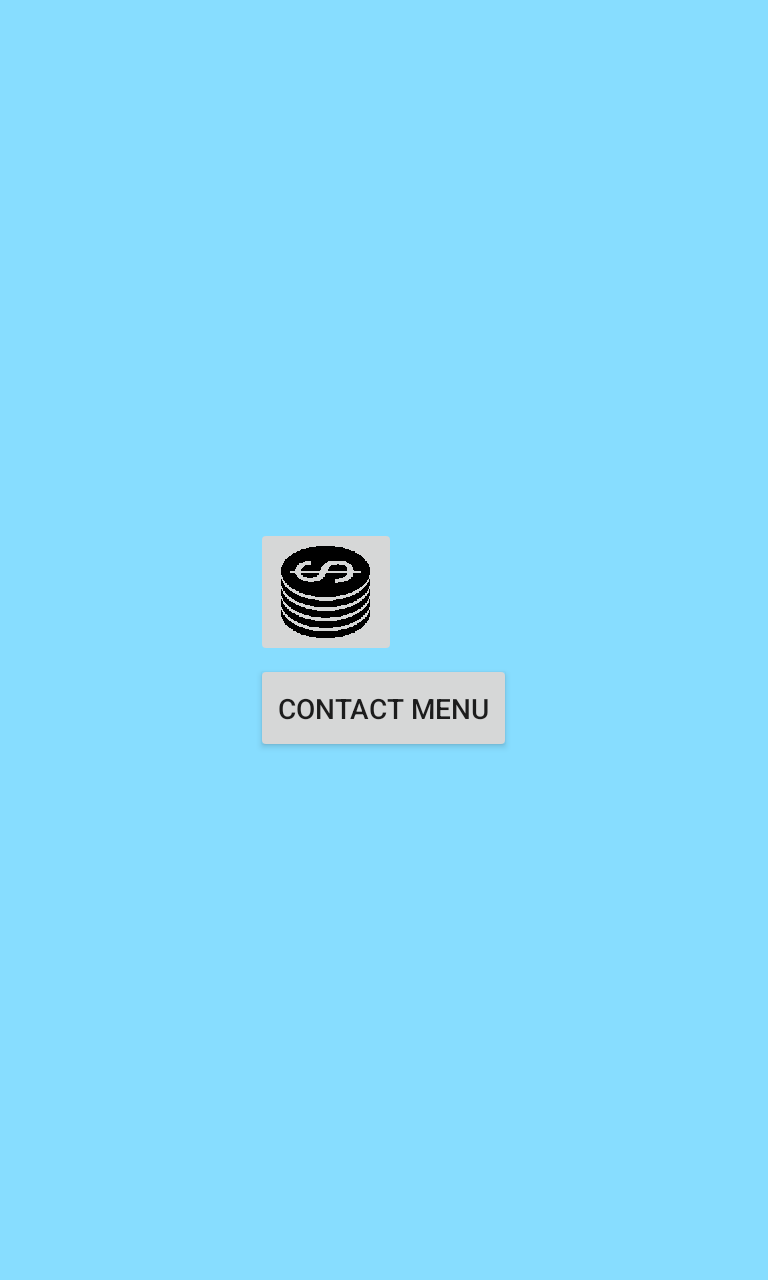
Repository: wisingd/Dajoroli
Layout: Workspace/SplitIt/res/layout/fragment_main.xml
The author's editor kept a copy of each file at every save. The layout is drawn from the files as they stood at one save, then again after the next save.
It is drawn on a 768 x 1280 px phone screen (xhdpi) without system bars, with theme AppTheme; the app's code is not run.

Above is the layout before, as saved 2014-05-17 09:44:25.

After the next save:
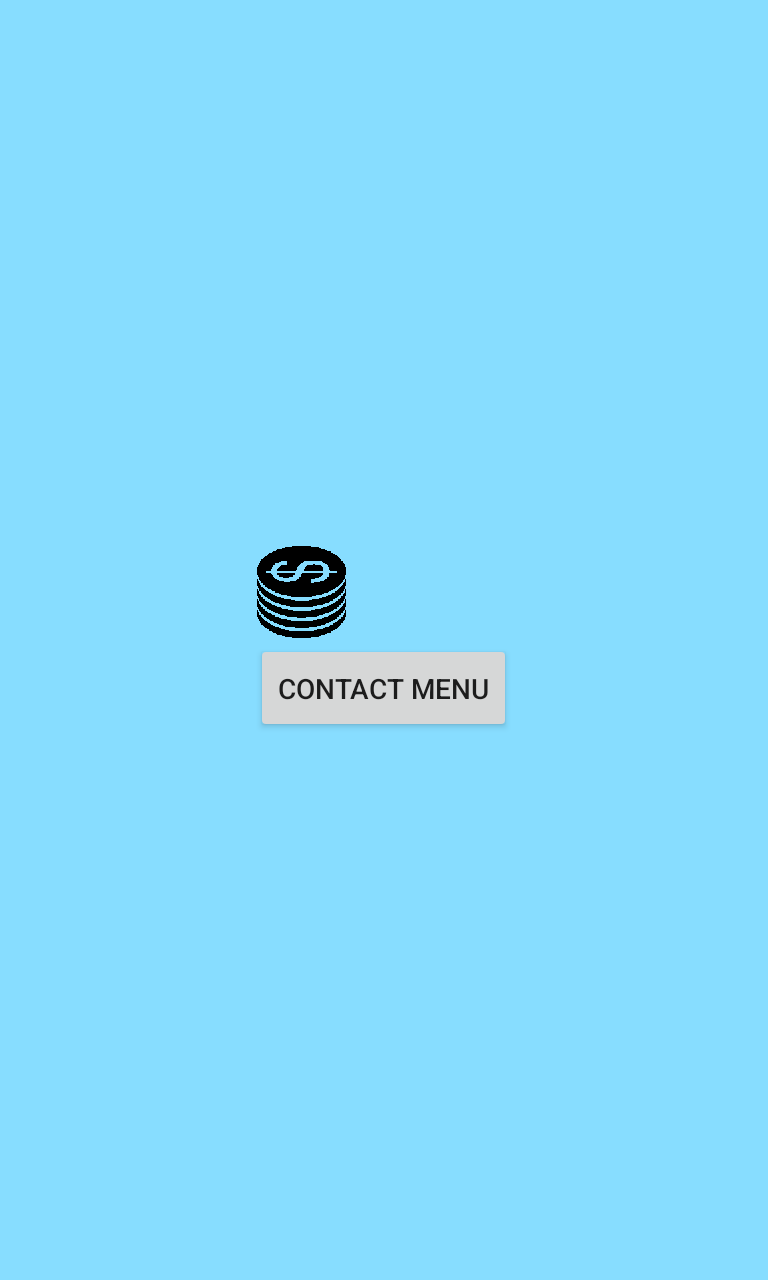
Saved 2 min 16 s later.
--- a/Workspace/SplitIt/res/layout/fragment_main.xml
+++ b/Workspace/SplitIt/res/layout/fragment_main.xml
@@ -19,7 +19,8 @@
             android:layout_width="wrap_content"
             android:layout_height="wrap_content"
             android:onClick="startDebtMenu"
-            android:src="@drawable/coins8" />
+            android:src="@drawable/coins8"
+            android:background="@android:color/transparent"/>
 
         <Button
             android:layout_width="wrap_content"
